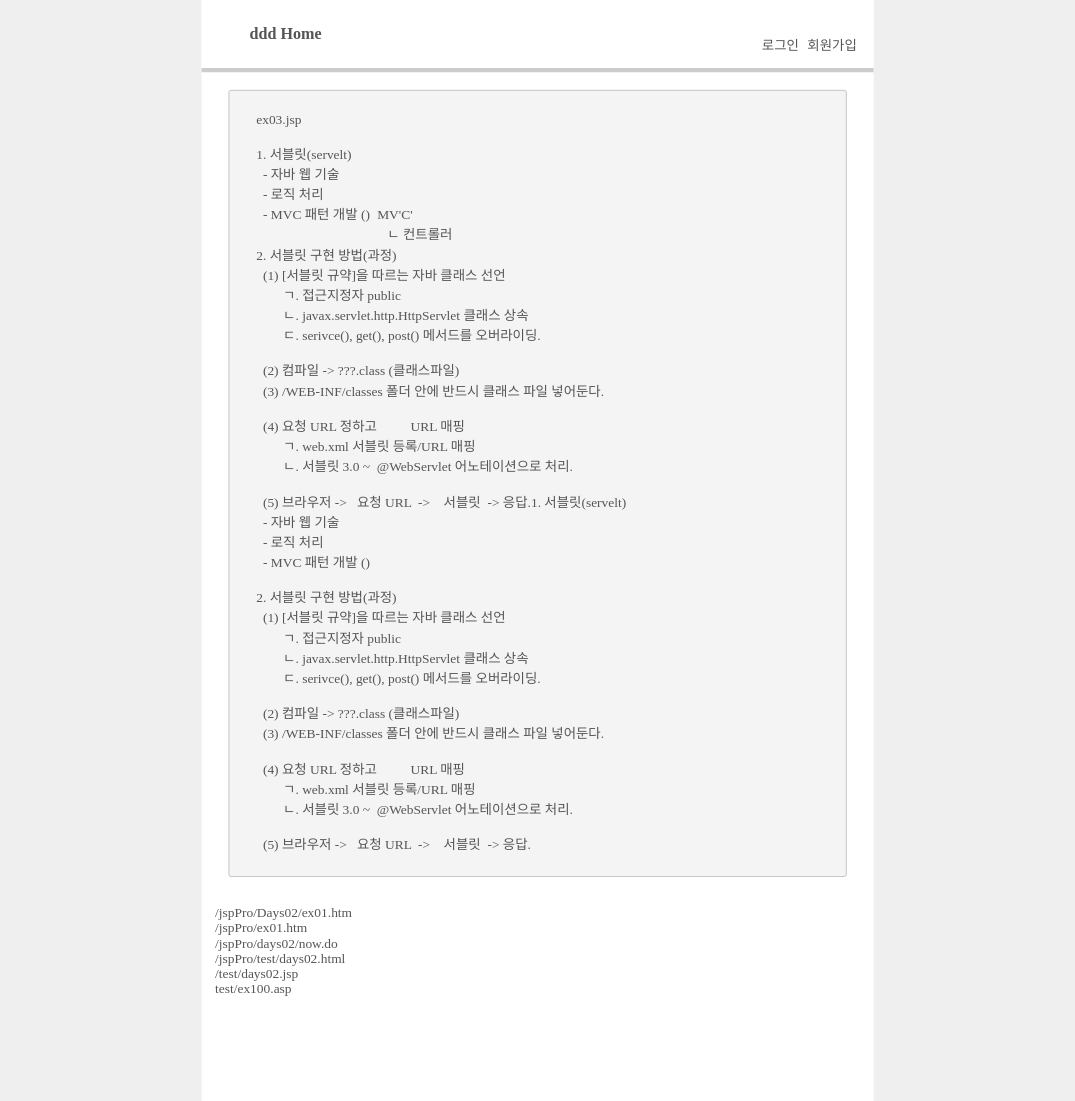
Repository: Deneb0000/JSP
Page: http://localhost/jspPro/days02/ex03.jsp
These files come from the project's save history. The page is drawn as it stood at one moment and after the next save; the edit follows.
The browser window is 1280 px wide. The pictures show the whole page, at 84% of full size.
Some web fonts or font styles are not loaded; a fallback is used. The page is served by Tomcat 9.

Above is the page before, as saved 2024-10-16 07:26:59.

After the next save:
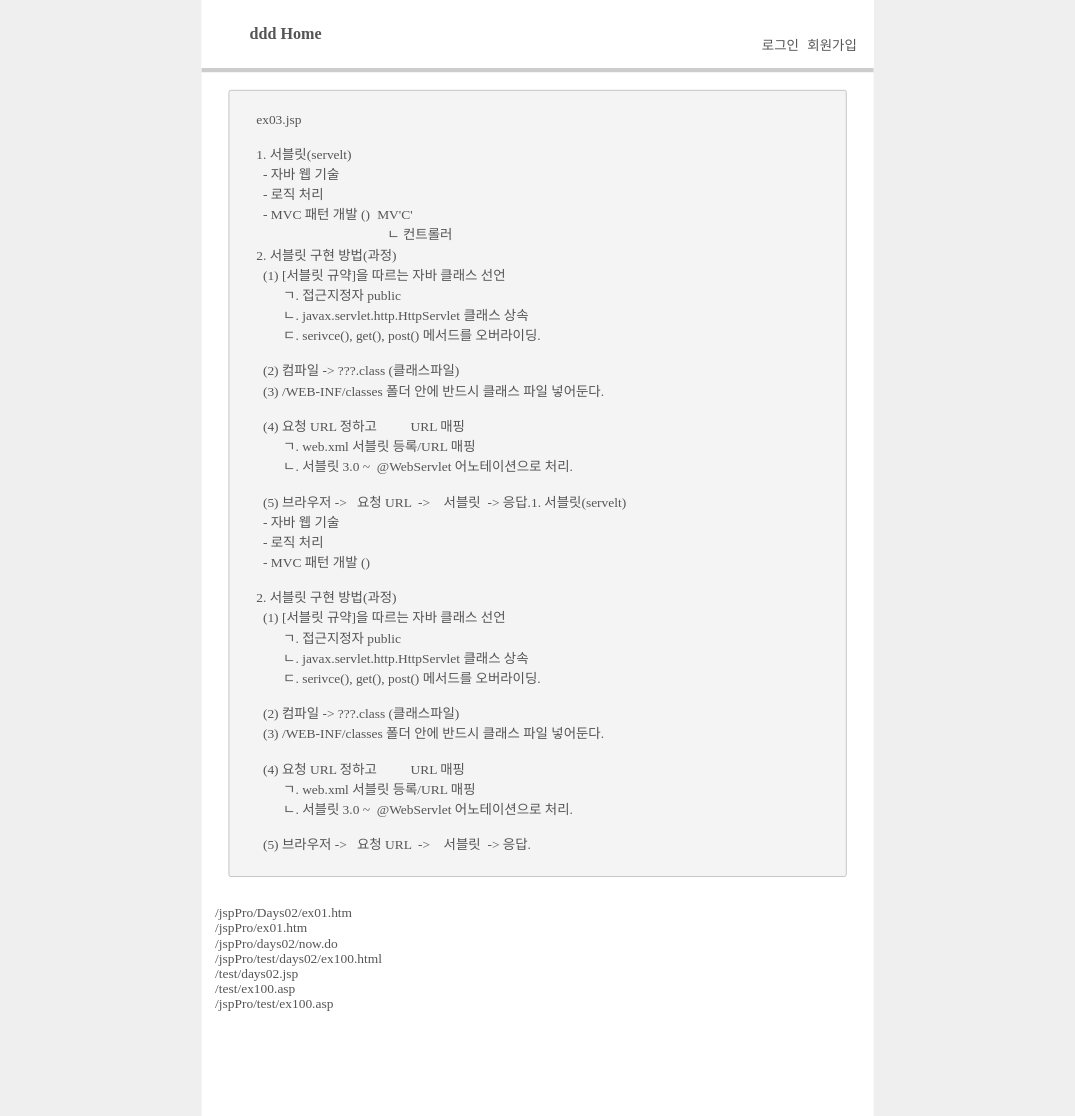
Saved 26 s later.
--- a/jspPro/src/main/webapp/days02/ex03.jsp
+++ b/jspPro/src/main/webapp/days02/ex03.jsp
@@ -72,9 +72,11 @@
 
   <a href="/jspPro/days02/now.do">/jspPro/days02/now.do</a><br>
 
-  <a href="/jspPro/test/days02.html">/jspPro/test/days02.html</a><br>
+<!-- <url-pattern>/test/*</url-pattern> -->
+  <a href="/jspPro/test/days02/ex100.html">/jspPro/test/days02/ex100.html</a><br>
   <a href="/test/days02.jsp">/test/days02.jsp</a><br>
-  <a href="test/ex100.asp">test/ex100.asp</a><br>
+  <a href="/test/ex100.asp">/test/ex100.asp</a><br>
+  <a href="/jspPro/test/ex100.asp">/jspPro/test/ex100.asp</a><br>
 </div>
 </body>
 </html>
